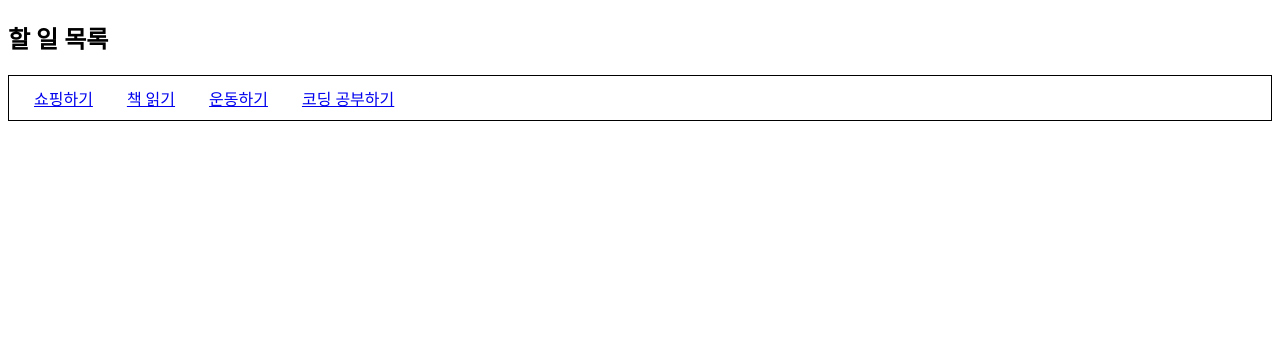
Repository: kimmingyeong225/totalJSP
Page: class_servlet_01/src/main/webapp/todolistPage.html
The author's editor kept a copy of each file at every save. The page is drawn from the files as they stood at one save, then again after the next save.
The browser window is 1280 px wide. The pictures show the whole page.

Above is the page before, as saved 2024-07-01 03:46:51.

### class_servlet_01/src/main/webapp/todolistPage.html
<!DOCTYPE html>
<html>
<head>
<meta charset="UTF-8">
<title>todolist</title>
<style type="text/css">

	.list {
	direction: flex;
	border: 1px solid black;
	padding: 10px;
	flex-direction: column;

	}

	.list-item {
	margin: 5px;
	padding: 10px;

	}

</style>



</head>
<body>
	<h2>할 일 목록</h2>
	<div class="list">

	<a href="#shopping" class="list-item">쇼핑하기</a>
	<a href="book" class="list-item">책 읽기</a>
	<a href="sports" class="list-item">운동하기</a>
	<a href="c" class="list-item">코딩 공부하기</a>
	</div>
</body>
</html>

After the next save:
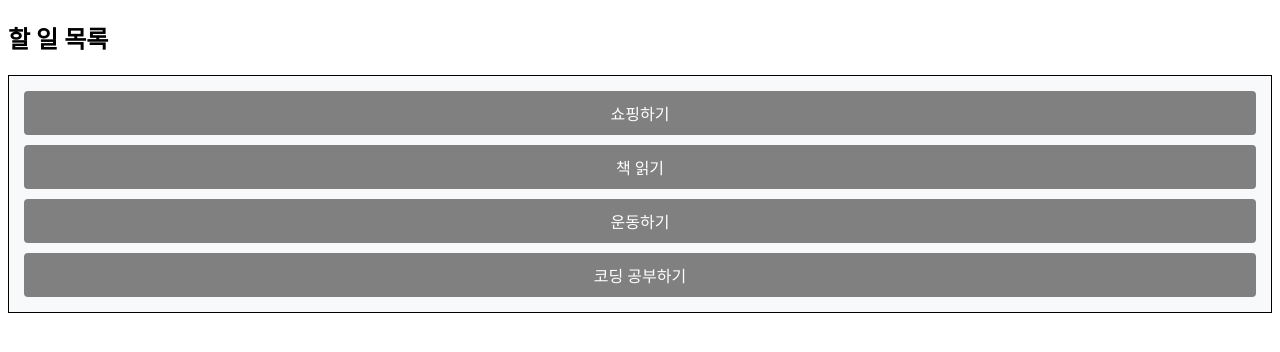
Saved 114 s later.
--- a/class_servlet_01/src/main/webapp/todolistPage.html
+++ b/class_servlet_01/src/main/webapp/todolistPage.html
@@ -6,16 +6,22 @@
 <style type="text/css">
 
 	.list {
-	direction: flex;
-	border: 1px solid black;
-	padding: 10px;
-	flex-direction: column;
+	  display:flex;
+        border: 1px solid black;
+        background-color: #f8f9fa;
+        padding: 10px;
+        flex-direction: column;
 
 	}
 
 	.list-item {
-	margin: 5px;
-	padding: 10px;
+	   margin:5px;
+        padding:10px;
+        background-color:gray;
+        color: white;
+        text-align: center;
+        border-radius:4px;
+        text-decoration: none;
 
 	}
 
